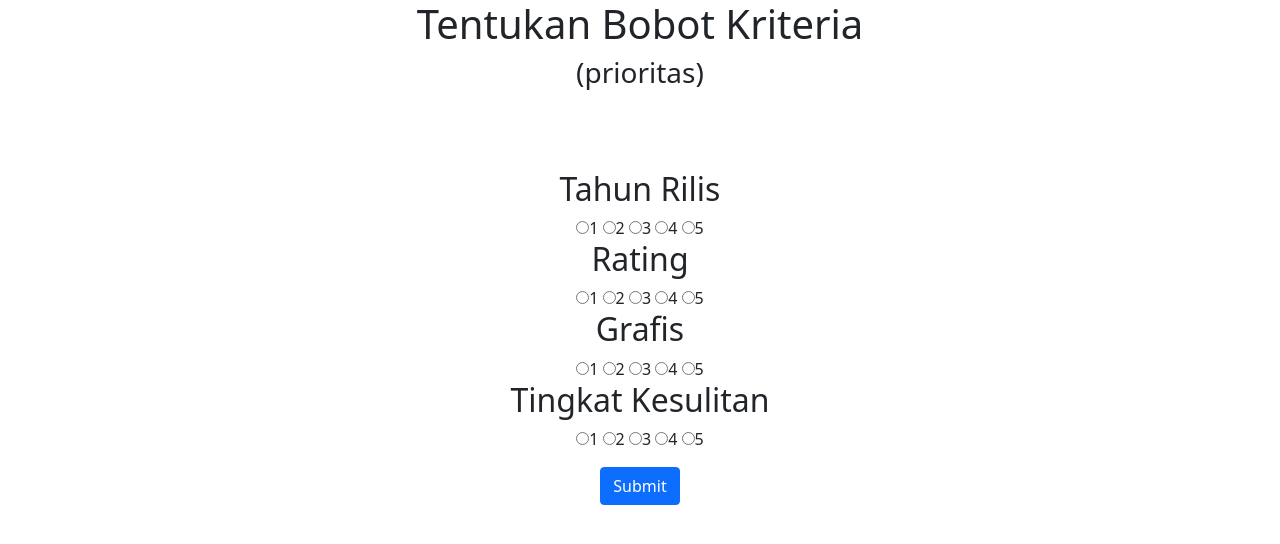
Repository: aqordeon/SPKWP
Page: http://localhost/hitungKriteria.php
An editor plug-in stored every save of this project. The page is shown before and after the next save, followed by the edit.
The browser window is 1280 px wide. The pictures show the whole page.
The page is run by PHP 8.4 with error messages shown; the project is at /var/www/html/. Queries for data that is not in the repository find no rows.

Above is the page before, as saved 2021-01-01 23:49:13.

### hitungKriteria.php
<?php
        session_start();
        include "koneksi.php";

    ?><html lang="en">
<head>
    <meta charset="UTF-8">
    <meta name="viewport" content="width=device-width, initial-scale=1.0">
    <title>Document</title>
    <link href="https://cdn.jsdelivr.net/npm/bootstrap@5.0.0-beta1/dist/css/bootstrap.min.css" rel="stylesheet" integrity="sha384-giJF6kkoqNQ00vy+HMDP7azOuL0xtbfIcaT9wjKHr8RbDVddVHyTfAAsrekwKmP1" crossorigin="anonymous">

</head>
<body>
    <div class="container">
    <center>
        <h1>Tentukan Bobot Kriteria</h1>
        <h3>(prioritas)</h3>

        <br><br><br>



            <?php

                $tabelkriteria = mysqli_query($con, "SELECT * FROM tb_kriteria");
                $baristabelkriteria = mysqli_num_rows($tabelkriteria);
            ?>


            <!-- FORM -->
            <div class="container">
                <form method="post" action="" enctype='multipart/form-data'>
                    <h2 style="">Tahun Rilis</h2>
                    <input type="radio" id="optradio_tahunrilis1" name="radio_tahunrilis" value="1"><label for="optradio_tahunrilis1">1</label>
                    <input type="radio" id="optradio_tahunrilis2" name="radio_tahunrilis" value="2"><label for="optradio_tahunrilis2">2</label>
                    <input type="radio" id="optradio_tahunrilis3" name="radio_tahunrilis" value="3"><label for="optradio_tahunrilis3">3</label>
                    <input type="radio" id="optradio_tahunrilis4" name="radio_tahunrilis" value="4"><label for="optradio_tahunrilis4">4</label>
                    <input type="radio" id="optradio_tahunrilis5" name="radio_tahunrilis" value="5"><label for="optradio_tahunrilis5">5</label>

                    <h2 style="">Rating</h2>
                    <input type="radio" id="optradio_rating1" name="radio_rating" value="1"><label for="optradio_rating1">1</label>
                    <input type="radio" id="optradio_rating2" name="radio_rating" value="2"><label for="optradio_rating2">2</label>
                    <input type="radio" id="optradio_rating3" name="radio_rating" value="3"><label for="optradio_rating3">3</label>
                    <input type="radio" id="optradio_rating4" name="radio_rating" value="4"><label for="optradio_rating4">4</label>
                    <input type="radio" id="optradio_rating5" name="radio_rating" value="5"><label for="optradio_rating5">5</label>

                    <h2 style="">Grafis</h2>
                    <input type="radio" id="optradio_grafis1" name="radio_grafis" value="1"><label for="optradio_grafis1">1</label>
                    <input type="radio" id="optradio_grafis2" name="radio_grafis" value="2"><label for="optradio_grafis2">2</label>
                    <input type="radio" id="optradio_grafis3" name="radio_grafis" value="3"><label for="optradio_grafis3">3</label>
                    <input type="radio" id="optradio_grafis4" name="radio_grafis" value="4"><label for="optradio_grafis4">4</label>
                    <input type="radio" id="optradio_grafis5" name="radio_grafis" value="5"><label for="optradio_grafis5">5</label>

                    <h2 style="">Tingkat Kesulitan</h2>
                    <input type="radio" id="optradio_tingkatkesulitan1" name="radio_tingkatkesulitan" value="1"><label for="optradio_tingkatkesulitan1">1</label>
                    <input type="radio" id="optradio_tingkatkesulitan2" name="radio_tingkatkesulitan" value="2"><label for="optradio_tingkatkesulitan2">2</label>
                    <input type="radio" id="optradio_tingkatkesulitan3" name="radio_tingkatkesulitan" value="3"><label for="optradio_tingkatkesulitan3">3</label>
                    <input type="radio" id="optradio_tingkatkesulitan4" name="radio_tingkatkesulitan" value="4"><label for="optradio_tingkatkesulitan4">4</label>
                    <input type="radio" id="optradio_tingkatkesulitan5" name="radio_tingkatkesulitan" value="5"><label for="optradio_tingkatkesulitan5">5</label>
                </form>
            </div>

            <a href="hitung_vektor.php" class="btn btn-primary" name='kriteria_submit'>Submit</a>   <!-- mengarah ke hitung_vektor.php -->

    </center>

    <?php
        if(isset($_POST['kriteria_submit'])){

            $_SESSION["bobotkriteria_tahunrilis"] = $_POST["radio_tahunrilis"];
            echo "<div class='alert alert-info'>Query berhasil dan file telah dipindah.</div>";
                    echo "<meta http-equiv='refresh' content='4;url=hitung_vektor.php'>";

        }
    ?>


</div>
</body>
</html>

### koneksi.php
<?php
    $servername = "localhost";
    $username = "root";
    $password = "";
    $database = "db_spkwp";

    $con = mysqli_connect($servername, $username, $password, $database);

    // $ambilparagraf = $con->query("SELECT * FROM paragraph");
    // $cekdbparagraf = $ambilparagraf->fetch_assoc();
?>

After the next save:
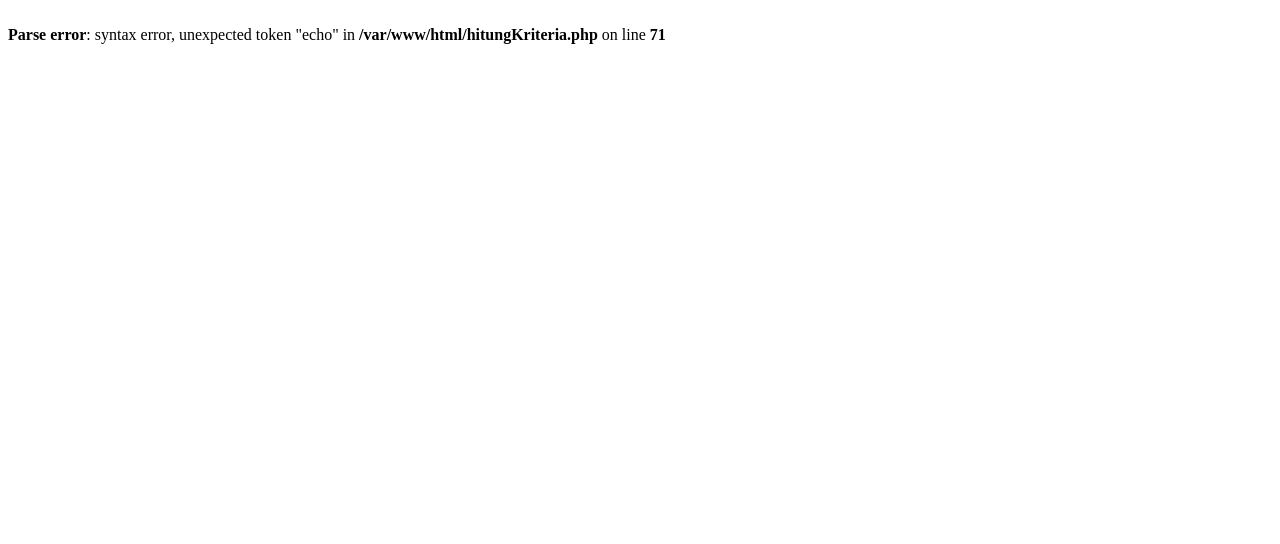
Saved 103 s later.
--- a/hitungKriteria.php
+++ b/hitungKriteria.php
@@ -67,7 +67,7 @@
     <?php
         if(isset($_POST['kriteria_submit'])){
 
-            $_SESSION["bobotkriteria_tahunrilis"] = $_POST["radio_tahunrilis"];
+            $_SESSION["bobotkriteria_tahunrilis"] = "444"
             echo "<div class='alert alert-info'>Query berhasil dan file telah dipindah.</div>";
                     echo "<meta http-equiv='refresh' content='4;url=hitung_vektor.php'>";
 

After the save that followed:
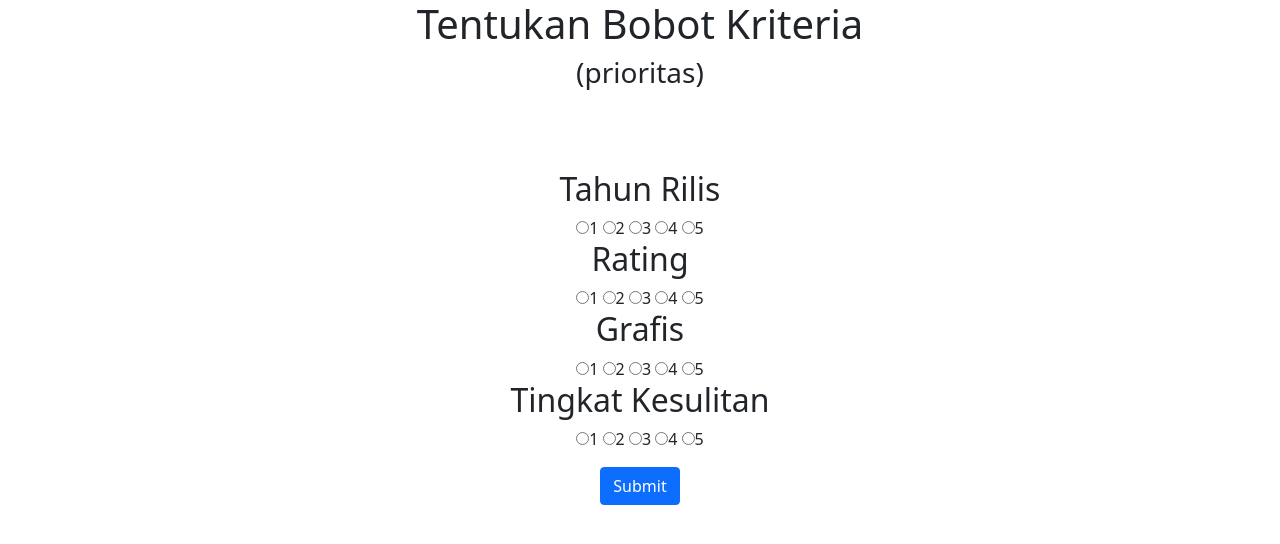
Saved 8 s later.
--- a/hitungKriteria.php
+++ b/hitungKriteria.php
@@ -67,7 +67,7 @@
     <?php
         if(isset($_POST['kriteria_submit'])){
 
-            $_SESSION["bobotkriteria_tahunrilis"] = "444"
+            $_SESSION["bobotkriteria_tahunrilis"] = "444";
             echo "<div class='alert alert-info'>Query berhasil dan file telah dipindah.</div>";
                     echo "<meta http-equiv='refresh' content='4;url=hitung_vektor.php'>";
 
